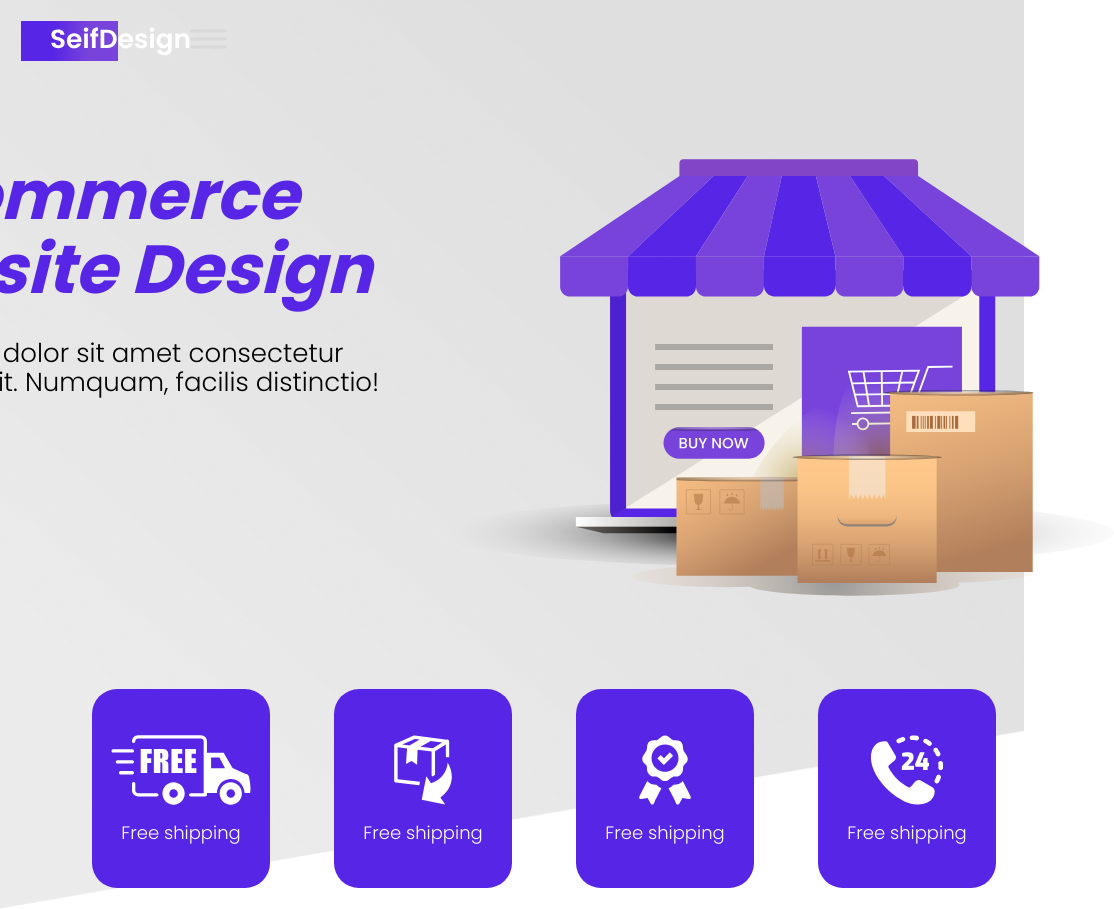
Repository: simralgasimov/newpage
Page: index.html
The author's editor kept a copy of each file at every save. The page is drawn from the files as they stood at one save, then again after a run of saves.
The browser window is 1024 px wide. The page is 1114 px wide, so the pictures cover 1114 px, including what lies to the right of the window. The pictures show the whole page.
The style sheet was rebuilt from its Sass, Less or Tailwind sources for each picture, by a compiler version that may differ from the author's.

Above is the page before, as saved 2023-12-13 15:04:09.
Not found: index.js

After the next 2 saves:
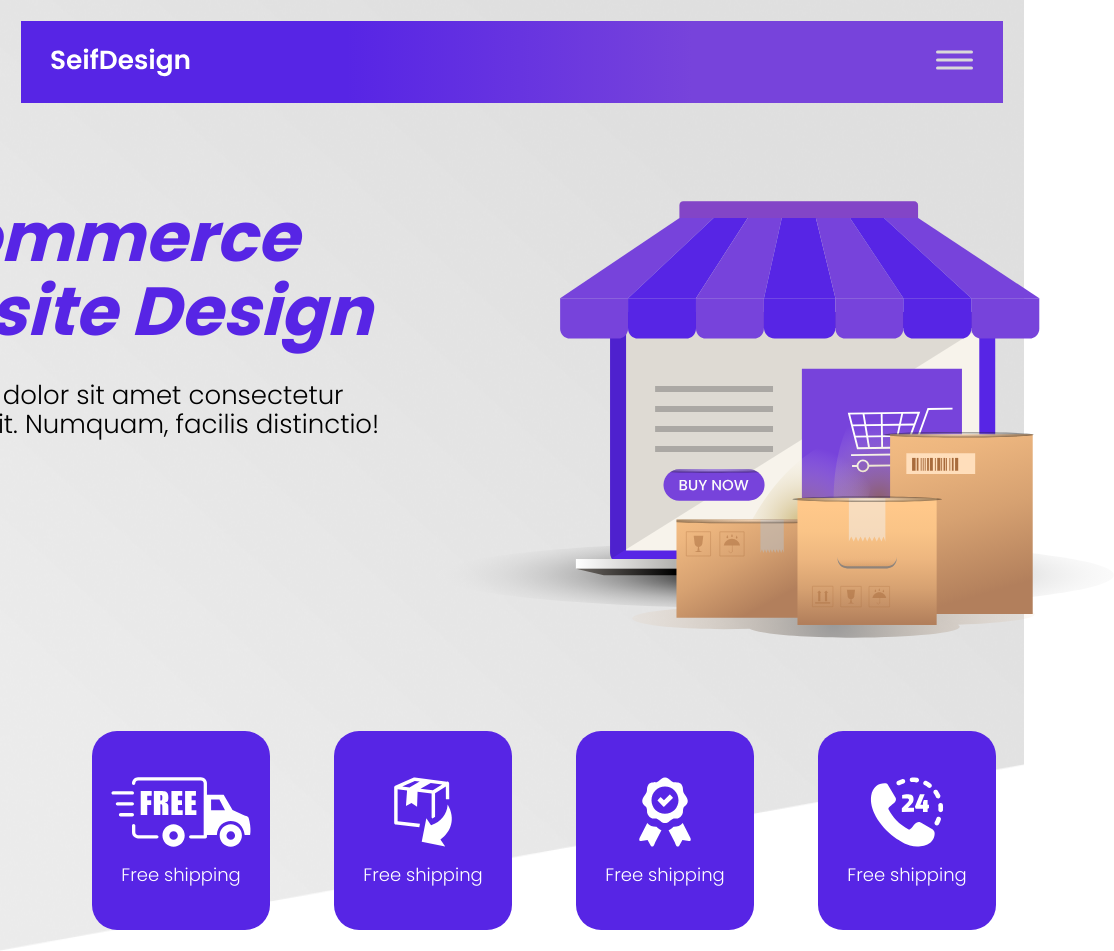
The 2 saves are shown as one change because they came seconds apart.
The last was saved 7 s later.
--- a/index.scss
+++ b/index.scss
@@ -30,11 +30,9 @@
     .logo-img {
       width: 139px;
       height: 39px;
+
     }
-    @media screen and (max-width: 1024px) {
-      width: 97px;
-      height: 27px;
-    }
+
     ul {
         display: flex;
         margin-left: 200px;
